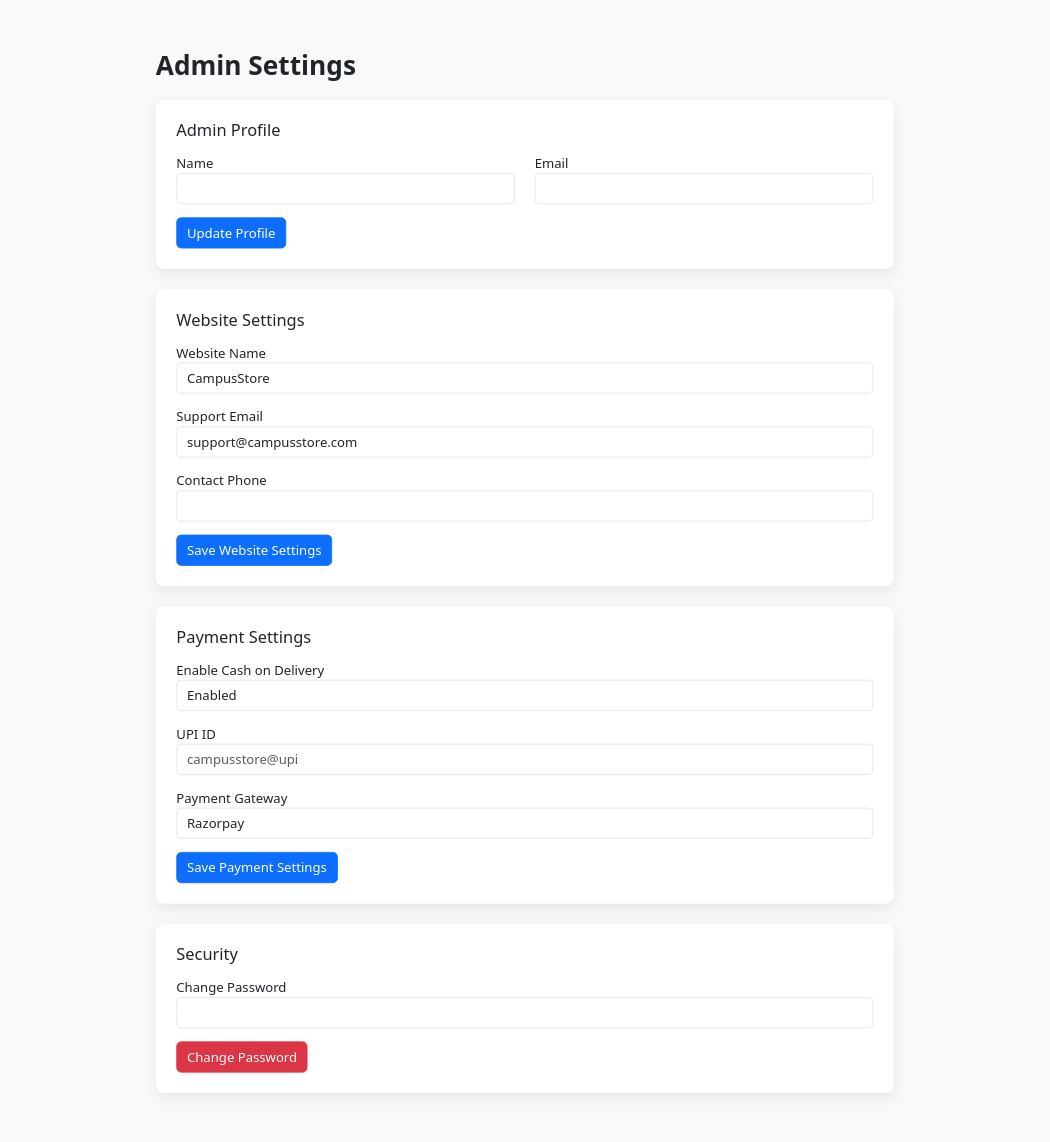
Repository: Kanika0004/CampusStore
Page: admin/settings.html
An editor plug-in stored every save of this project. The page is shown before and after a run of saves, followed by the edit.
The browser window is 1280 px wide. The pictures show the whole page, at 82% of full size.

Above is the page before, as saved 2026-03-18 21:33:58.

### admin/settings.html
<!DOCTYPE html>
<html>
<head>
<title>Admin Settings</title>

<link href="https://cdn.jsdelivr.net/npm/bootstrap@5.3.2/dist/css/bootstrap.min.css" rel="stylesheet">

<style>

body{
background:#f8f9fa;
font-family:system-ui,-apple-system,"Segoe UI",Roboto;
}

.settings-container{
max-width:900px;
margin:60px auto;
}

.settings-card{
background:white;
padding:25px;
border-radius:10px;
box-shadow:0 6px 18px rgba(0,0,0,0.08);
margin-bottom:25px;
}

</style>

</head>

<body>

<div class="settings-container">

<h2 class="fw-bold mb-4">Admin Settings</h2>

<!-- ADMIN PROFILE -->

<div class="settings-card">

<h5 class="mb-3">Admin Profile</h5>

<div class="row">

<div class="col-md-6 mb-3">
<label>Name</label>
<input id="adminName" class="form-control">
</div>

<div class="col-md-6 mb-3">
<label>Email</label>
<input id="adminEmail" class="form-control">
</div>

</div>

<button class="btn btn-primary">Update Profile</button>

</div>


<!-- WEBSITE SETTINGS -->

<div class="settings-card">

<h5 class="mb-3">Website Settings</h5>

<div class="mb-3">
<label>Website Name</label>
<input class="form-control" value="CampusStore">
</div>

<div class="mb-3">
<label>Support Email</label>
<input class="form-control" value="support@campusstore.com">
</div>

<div class="mb-3">
<label>Contact Phone</label>
<input class="form-control">
</div>

<button class="btn btn-primary">Save Website Settings</button>

</div>


<!-- PAYMENT SETTINGS -->

<div class="settings-card">

<h5 class="mb-3">Payment Settings</h5>

<div class="mb-3">
<label>Enable Cash on Delivery</label>
<select class="form-control">
<option>Enabled</option>
<option>Disabled</option>
</select>
</div>

<div class="mb-3">
<label>UPI ID</label>
<input class="form-control" placeholder="campusstore@upi">
</div>

<div class="mb-3">
<label>Payment Gateway</label>
<select class="form-control">
<option>Razorpay</option>
<option>Stripe</option>
<option>PayPal</option>
</select>
</div>

<button class="btn btn-primary">Save Payment Settings</button>

</div>


<!-- SECURITY -->

<div class="settings-card">

<h5 class="mb-3">Security</h5>

<div class="mb-3">
<label>Change Password</label>
<input type="password" id="password" class="form-control">
</div>

<button class="btn btn-danger" onclick="updatePassword()">
Change Password
</button>

</div>

</div>


<script>

function updatePassword(){

let password=document.getElementById("password").value

fetch("backend/update_admin_password.php",{

method:"POST",

headers:{
"Content-Type":"application/x-www-form-urlencoded"
},

body:`password=${password}`

})
.then(res=>res.json())
.then(data=>{

if(data.status==="success"){
alert("Password updated successfully")
}

})

}

</script>

</body>
</html>

### admin/css/styles.css
/* ===== GLOBAL ADMIN STYLES ===== */

body {
  background: #f8fafc;
  font-family: system-ui, -apple-system, "Segoe UI", Roboto;
}

/* HEADINGS */
h2 {
  font-weight: 700;
  margin-bottom: 20px;
}

/* TABLE */
table {
  width: 100%;
  background: white;
  border-radius: 8px;
  overflow: hidden;
  box-shadow: 0 4px 12px rgba(0,0,0,0.08);
}

th {
  background: #0d6efd;
  color: white;
  font-weight: 600;
}

th, td {
  padding: 12px 14px;
  text-align: left;
}

tr:nth-child(even) {
  background: #f5f7fa;
}

/* BUTTON */
button {
  border: none;
  padding: 6px 12px;
  border-radius: 6px;
  font-size: 14px;
  cursor: pointer;
  transition: all 0.2s ease;
}

button:hover {
  opacity: 0.9;
  transform: translateY(-1px);
}

/* CARDS (for settings page) */
.settings-card {
  background: white;
  padding: 25px;
  border-radius: 10px;
  box-shadow: 0 6px 18px rgba(0,0,0,0.08);
  margin-bottom: 25px;
}

After the next 3 saves:
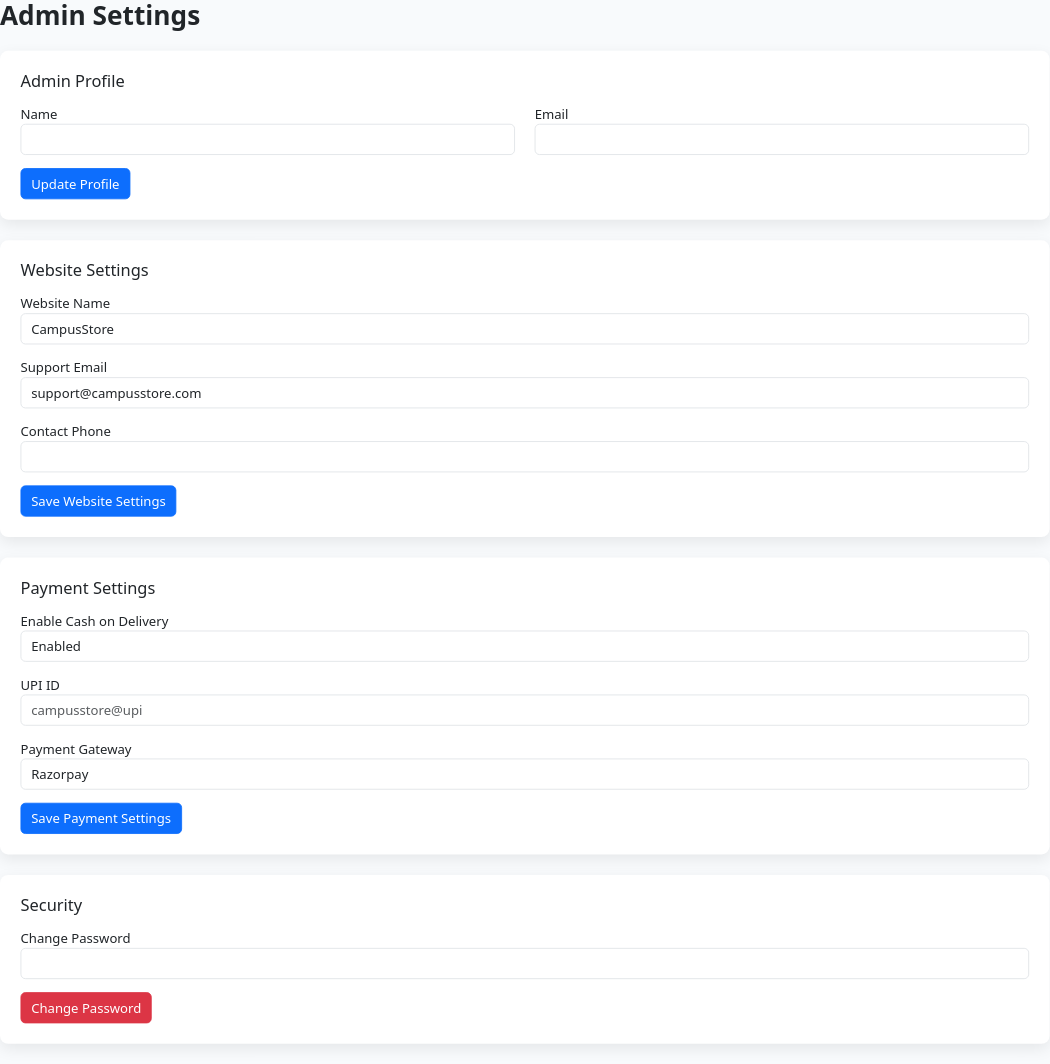
The 3 saves are shown as one change because they came seconds apart.
The last was saved 36 s later.
--- a/admin/settings.html
+++ b/admin/settings.html
@@ -4,8 +4,9 @@
 <title>Admin Settings</title>
 
 <link href="https://cdn.jsdelivr.net/npm/bootstrap@5.3.2/dist/css/bootstrap.min.css" rel="stylesheet">
+<link rel="stylesheet" href="css/styles.css">
 
-<style>
+<!-- <style>
 
 body{
 background:#f8f9fa;
@@ -25,7 +26,7 @@ box-shadow:0 6px 18px rgba(0,0,0,0.08);
 margin-bottom:25px;
 }
 
-</style>
+</style> -->
 
 </head>
 
